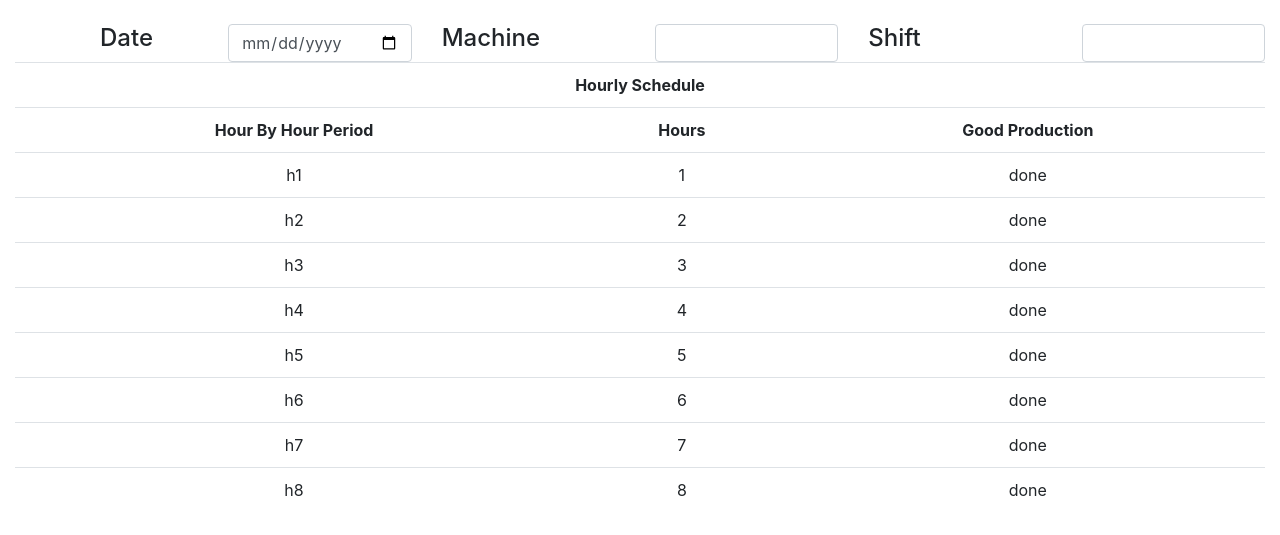
Repository: hisamit97/TVS-Locas
Page: index.html
These files come from the project's save history. The page is drawn as it stood at one moment and after the next save; the edit follows.
The browser window is 1280 px wide. The pictures show the whole page.

Above is the page before, as saved 2020-11-30 18:38:48.

### index.html
<html>

<head>
    <title>TVS LoCas</title>
    <link rel="stylesheet" href="https://cdn.jsdelivr.net/npm/bootstrap@4.5.3/dist/css/bootstrap.min.css" integrity="sha384-TX8t27EcRE3e/ihU7zmQxVncDAy5uIKz4rEkgIXeMed4M0jlfIDPvg6uqKI2xXr2" crossorigin="anonymous">

<!-- jQuery and JS bundle w/ Popper.js -->
<script src="https://code.jquery.com/jquery-3.5.1.slim.min.js" integrity="sha384-DfXdz2htPH0lsSSs5nCTpuj/zy4C+OGpamoFVy38MVBnE+IbbVYUew+OrCXaRkfj" crossorigin="anonymous"></script>
<script src="https://cdn.jsdelivr.net/npm/bootstrap@4.5.3/dist/js/bootstrap.bundle.min.js" integrity="sha384-ho+j7jyWK8fNQe+A12Hb8AhRq26LrZ/JpcUGGOn+Y7RsweNrtN/tE3MoK7ZeZDyx" crossorigin="anonymous"></script>
</head>
<body>
    <div class="container-fluid">
        <div class="row">
            <div class="col-md-4"></div>
            <div class="col-md-4"></div>
            <div class="col-md-4"></div>
        </div>
        <br>
        <div class="row" >
            <div class="col-md-4">
                <div class="row">
                    <div class="col-md-6" style="padding-left: 100px;"><h4>Date</h4></div>
                    <div class="col-md-6"><input type="date" class="form-control mr-3"></div>
                </div>
            </div>
            <div class="col-md-4">
                <div class="row">
                    <div class="col-md-6"><h4>Machine</h4></div>
                    <div class="col-md-6"><input type="text" class="form-control"></div>
                </div>
            </div>
            <div class="col-md-4">
                <div class="row">
                    <div class="col-md-6"><h4>Shift</h4></div>
                    <div class="col-md-6"><input type="text" class="form-control"></div>
                </div>
            </div>
        </div>
        <div class="row">
            <div class="col-md-12">
                <table class="table">
                   <tr style="text-align: center;">
                       <th colspan="3">Hourly Schedule</th>
                   </tr>
                   <tr style="text-align: center;">
                       <th>Hour By Hour Period</th>
                       <th>Hours</th>
                       <th>Good Production</th>
                    </tr>
                    <tr style="text-align: center;">
                        <td>h1</td>
                        <td>1</td>
                        <td>done</td>
                    </tr>
                    <tr style="text-align: center;">
                        <td>h2</td>
                        <td>2</td>
                        <td>done</td>
                    </tr>
                    <tr style="text-align: center;">
                        <td>h3</td>
                        <td>3</td>
                        <td>done</td>
                    </tr>
                    <tr style="text-align: center;">
                        <td>h4</td>
                        <td>4</td>
                        <td>done</td>
                    </tr>
                    <tr style="text-align: center;">
                        <td>h5</td>
                        <td>5</td>
                        <td>done</td>
                    </tr>
                    <tr style="text-align: center;">
                        <td>h6</td>
                        <td>6</td>
                        <td>done</td>
                    </tr>
                    <tr style="text-align: center;">
                        <td>h7</td>
                        <td>7</td>
                        <td>done</td>
                    </tr>
                    <tr style="text-align: center;">
                        <td>h8</td>
                        <td>8</td>
                        <td>done</td>
                    </tr>
                </table>
            </div>
        </div>
    </div>
</body>
</html>

After the next save:
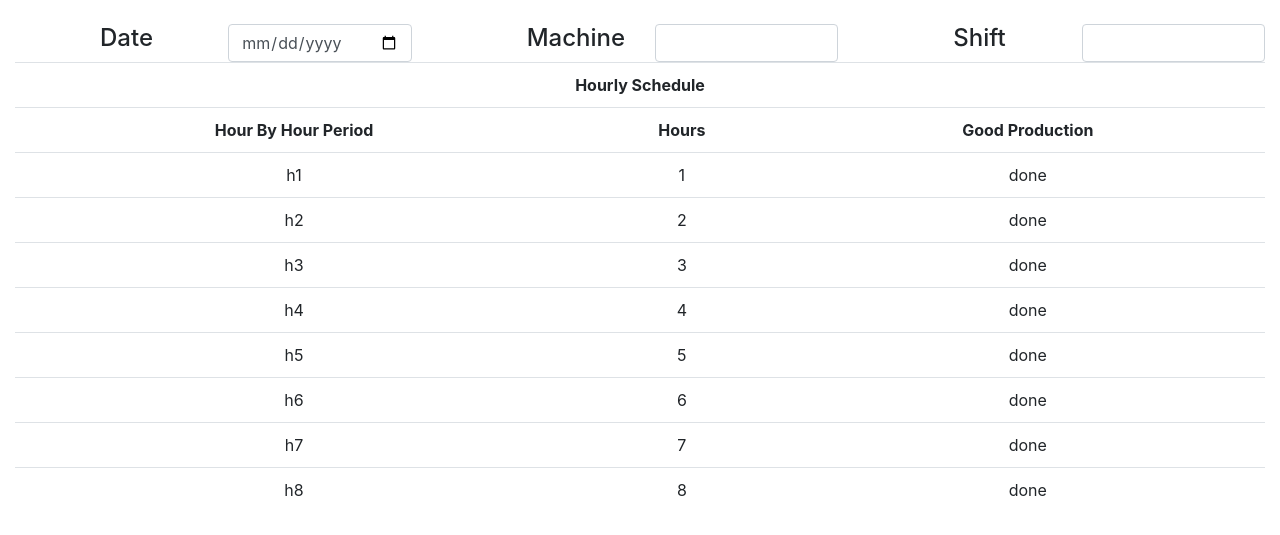
Saved 25 s later.
--- a/index.html
+++ b/index.html
@@ -25,13 +25,13 @@
             </div>
             <div class="col-md-4">
                 <div class="row">
-                    <div class="col-md-6"><h4>Machine</h4></div>
+                    <div class="col-md-6" style="padding-left: 100px;"><h4>Machine</h4></div>
                     <div class="col-md-6"><input type="text" class="form-control"></div>
                 </div>
             </div>
             <div class="col-md-4">
                 <div class="row">
-                    <div class="col-md-6"><h4>Shift</h4></div>
+                    <div class="col-md-6" style="padding-left: 100px;"><h4>Shift</h4></div>
                     <div class="col-md-6"><input type="text" class="form-control"></div>
                 </div>
             </div>
